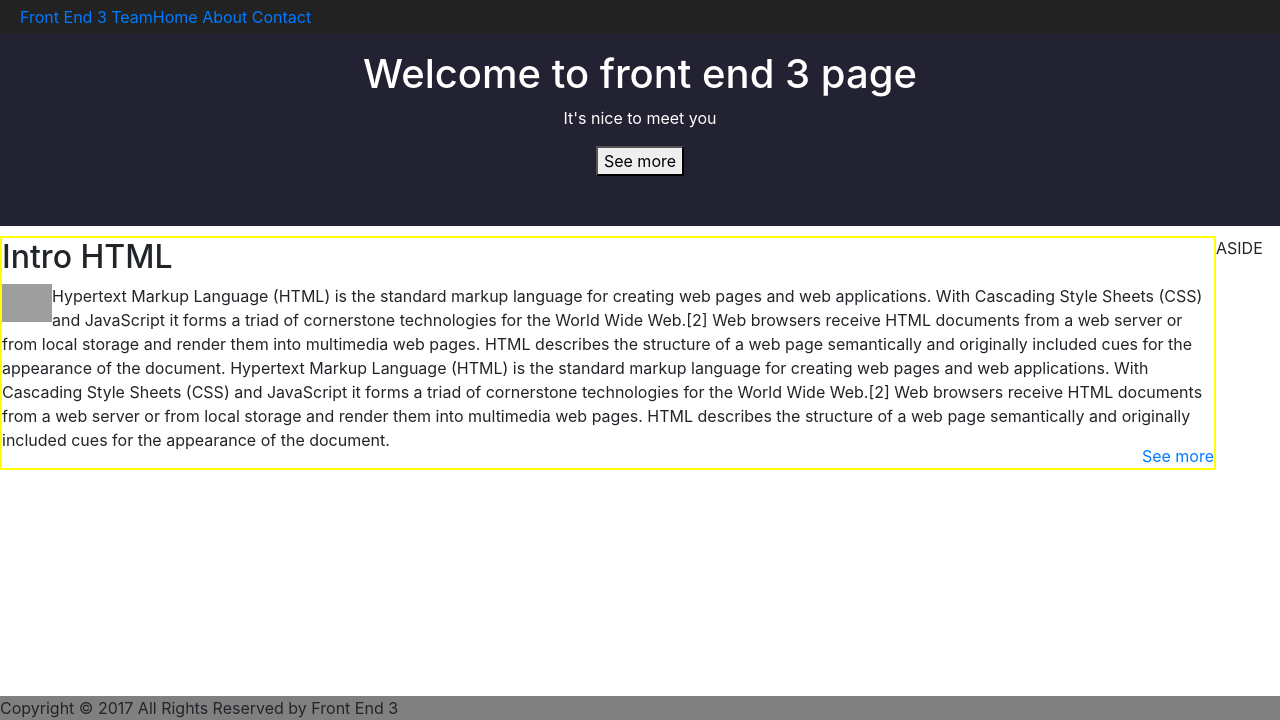
Repository: Toni95/workspace
Page: curs23-ResponsiveWebDesignBootstrap/index.html
The author's editor kept a record of every edit. The page is drawn from the files as they stood at one moment, then again after the next edit.
The browser window is 1280 px wide. The pictures show the whole page.
Pictures or frames that could not be fetched are drawn as grey boxes.

Above is the page before.

After the next edit:
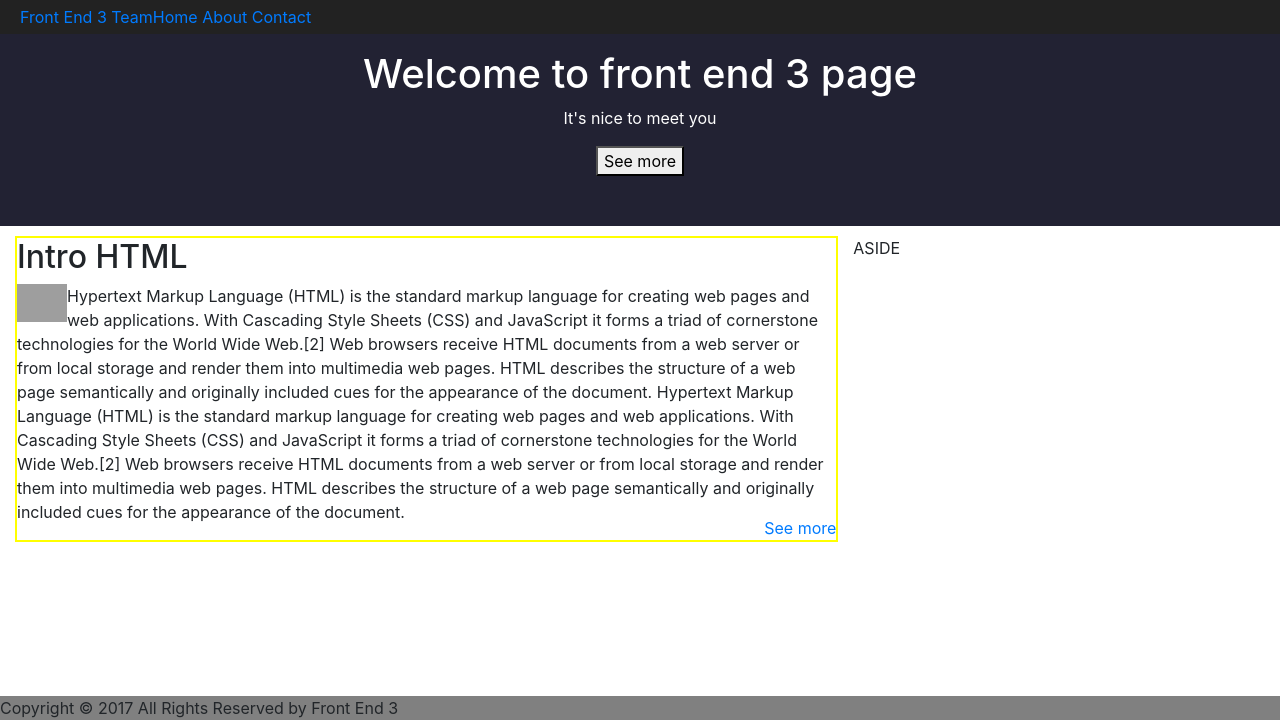
The edit:
--- a/curs23-ResponsiveWebDesignBootstrap/index.html
+++ b/curs23-ResponsiveWebDesignBootstrap/index.html
@@ -21,7 +21,7 @@
         <button>See more</button>
     </header>
     <main class="row">
-        <section class="pull-left">
+        <section class="col-8">
             <article>
                 <h2>Intro HTML</h2>
 
